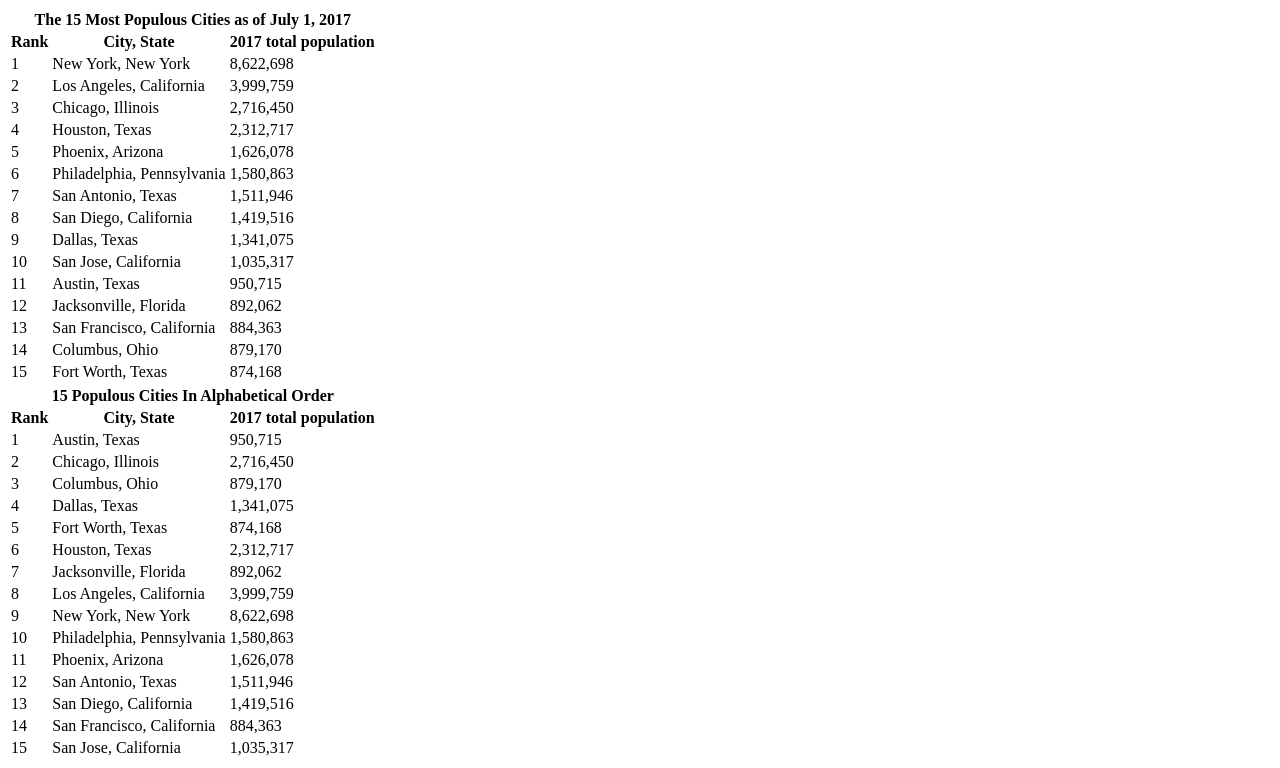
Repository: developergrace/cosw30
Page: http://localhost/homework/homework4/population.php
The author's editor kept a record of every edit. The page is drawn from the files as they stood at one moment, then again after the next edit.
The browser window is 1280 px wide. The pictures show the whole page.
The page is run by PHP 8.4 with error messages shown; the project is at /var/www/html/.

Above is the page before.

### homework/homework4/population.php
<!DOCTYPE html>
<html>
    <head>
        <meta charset="utf-8">
        <title>Activity 2: Array Table Output</title>
    </head>

    <body>
        <?php
            $states = [
                'New York, New York' => '8,622,698',
                'Los Angeles, California' => '3,999,759',
                'Chicago, Illinois' => '2,716,450',
                'Houston, Texas' => '2,312,717',
                'Phoenix, Arizona' => '1,626,078',
                'Philadelphia, Pennsylvania' => '1,580,863',
                'San Antonio, Texas' => '1,511,946',
                'San Diego, California' => '1,419,516',
                'Dallas, Texas' => '1,341,075',
                'San Jose, California' => '1,035,317',
                'Austin, Texas' => '950,715',
                'Jacksonville, Florida' => '892,062',
                'San Francisco, California' => '884,363',
                'Columbus, Ohio' => '879,170',
                'Fort Worth, Texas' => '874,168'
            ];
        ?>

        <table>
            <tr>
                <th colspan="3">The 15 Most Populous Cities as of July 1, 2017</th>
            </tr>

            <tr>
                <th>Rank</th>
                <th>City, State</th>
                <th>2017 total population</th>
            </tr>

            <?php
                $counter = 1;
                foreach($states as $key => $value):
            ?>

            <tr>
                <td><?php echo "$counter"; ?></td>
                <td><?php echo $key; ?></td>
                <td><?php echo $value; ?></td>
            </tr>

            <?php
                $counter++;
                endforeach;
            ?>
        </table>


        <?php
            ksort($states);
        ?>
        <table>
            <tr>
                <th colspan="3">15 Populous Cities In Alphabetical Order</th>
            </tr>

            <tr>
                <th>Rank</th>
                <th>City, State</th>
                <th>2017 total population</th>
            </tr>

            <?php
                $counter = 1;
                foreach($states as $key => $value):
            ?>

            <tr>
                <td><?php echo "$counter"; ?></td>
                <td><?php echo $key; ?></td>
                <td><?php echo $value; ?></td>
            </tr>

            <?php
                $counter++;
                endforeach;
            ?>
        </table>



    </body>
</html>

After the next edit:
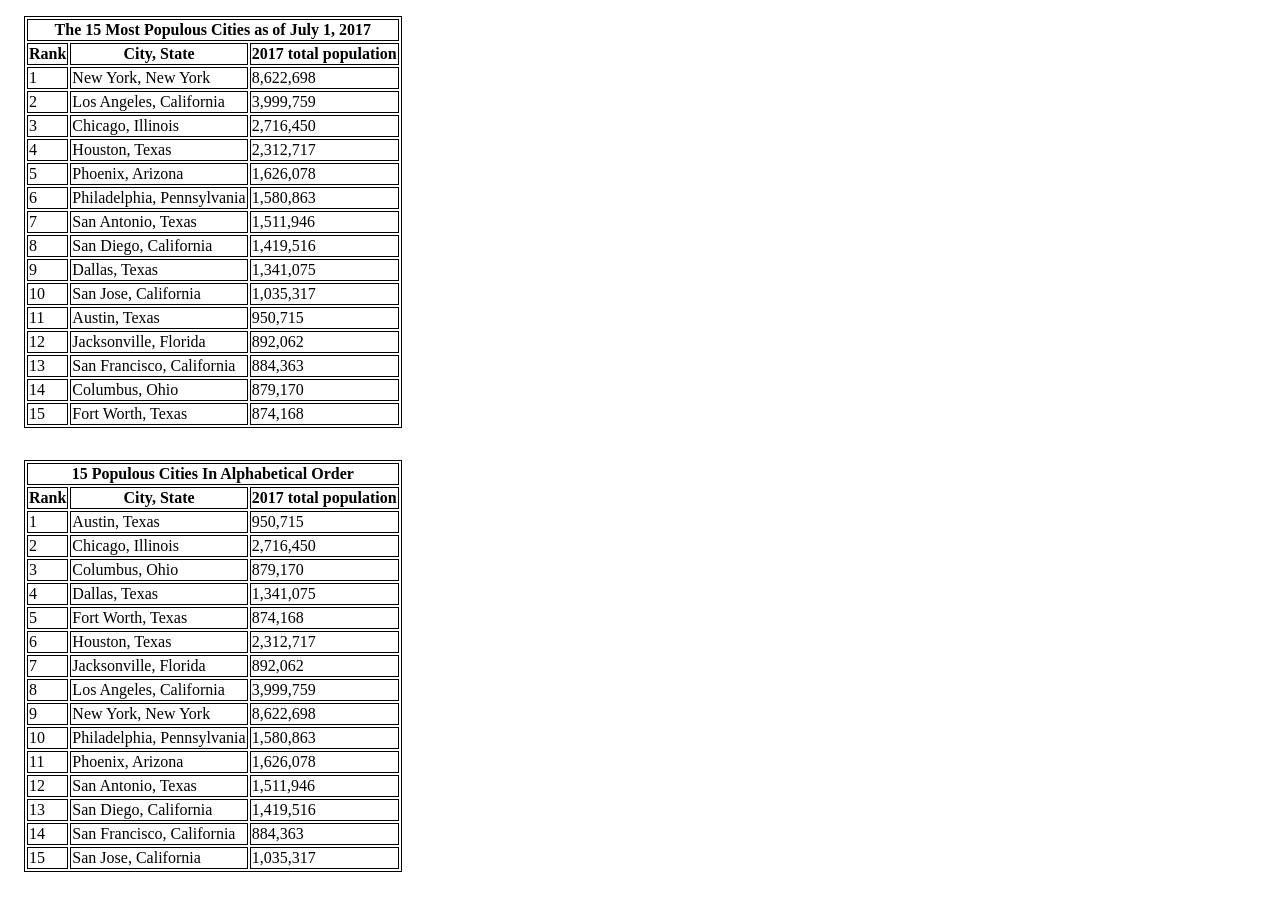
The edit:
--- a/homework/homework4/population.php
+++ b/homework/homework4/population.php
@@ -4,6 +4,17 @@
         <meta charset="utf-8">
         <title>Activity 2: Array Table Output</title>
     </head>
+
+    <style>
+        table {
+            margin: 1em 1em 2em;
+            border: 1px solid black;
+        }
+
+        th, tr, td {
+            border: 1px solid black;
+        }
+    </style>
 
     <body>
         <?php
